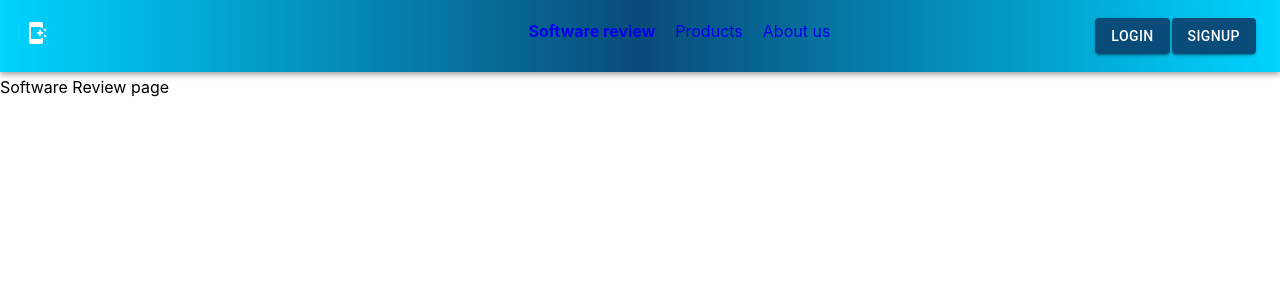
Repository: Alaa-M1/phoenix-products-reactjs-mui
Page: /
These files come from the project's save history. The page is drawn as it stood at one moment and after the next save; the edit follows.
The browser window is 1280 px wide. The pictures show the whole page.
The project was rebuilt for these pictures with package versions that can differ from the ones it lists, and the page was loaded fresh each time. Also part of the build but not shown: src/App.css, src/pages/Products/index.tsx, src/pages/AboutUs/index.tsx.

Above is the page before, as saved 2023-04-18 20:20:36.

After the next save:
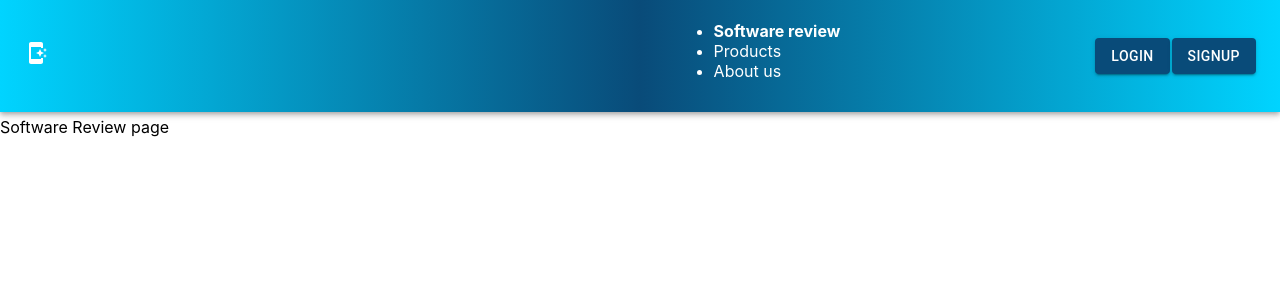
Saved 16 s later.
--- a/src/shared/StyledNav.tsx
+++ b/src/shared/StyledNav.tsx
@@ -9,11 +9,8 @@ ul {
   width: auto;
   margin-left: auto;
 }
-li {
-  margin-left: auto;
-  display: inline-block;
-  margin: 0px 10px;
-  list-style: none;
+a{
+  color: #fff;
 }
 `;
 
